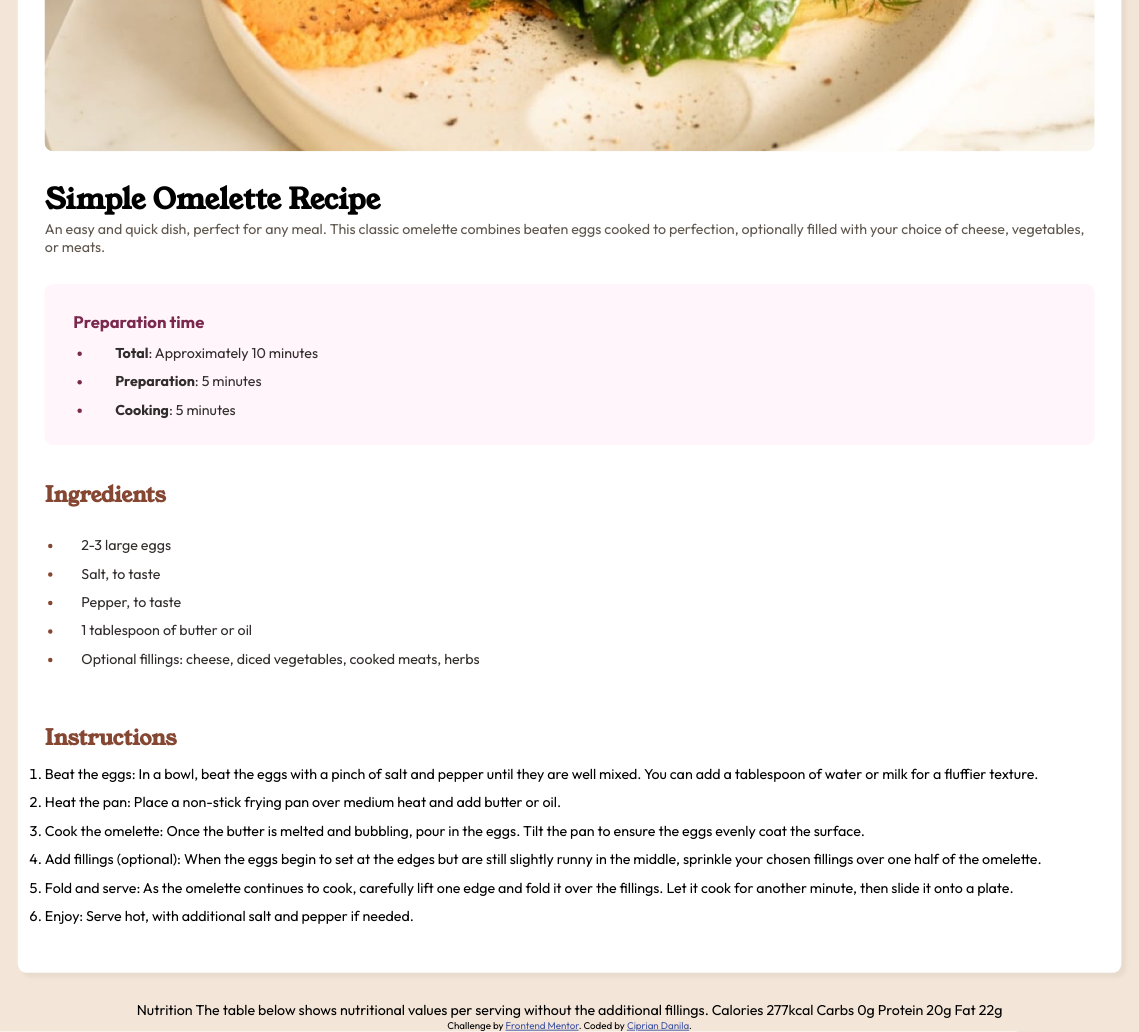
Repository: cipdanila/recipe-page
Page: index.html
An editor plug-in stored every save of this project. The page is shown before and after the next save, followed by the edit.
The browser window is 1280 px wide. The pictures show the whole page, at 89% of full size.

Above is the page before, as saved 2024-01-21 20:17:08.

After the next save:
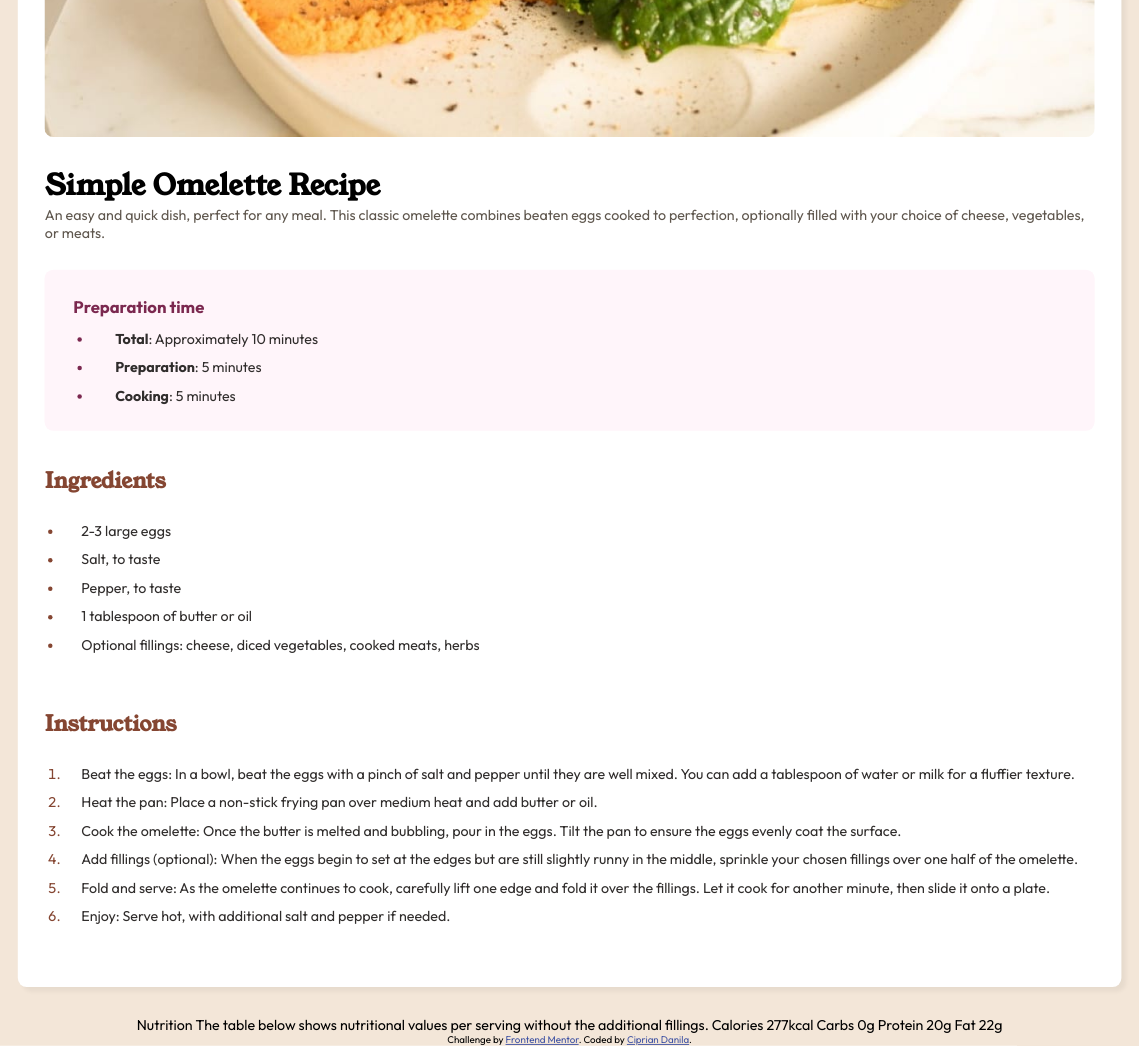
Saved 51 s later.
--- a/styles.css
+++ b/styles.css
@@ -150,21 +150,21 @@
     line-height: 2;
 }
 
-.instructions-container ul {
+.instructions-container ol {
     padding-left: 5px;
     margin: 1rem;
 }
 
-.instructions-container ul li::marker {
+.instructions-container ol li::marker {
     color: var(--nutmeg);
 }
 
-.instructions-container ul li {
+.instructions-container ol li {
     color: var(--dark-charcoal);
     padding-left: 20px;
 }
 
-.instructions-container ul li span {
+.instructions-container ol li span {
     font-weight: 700;
     color: var(--dark-charcoal);
     margin-left: 1.5rem;
